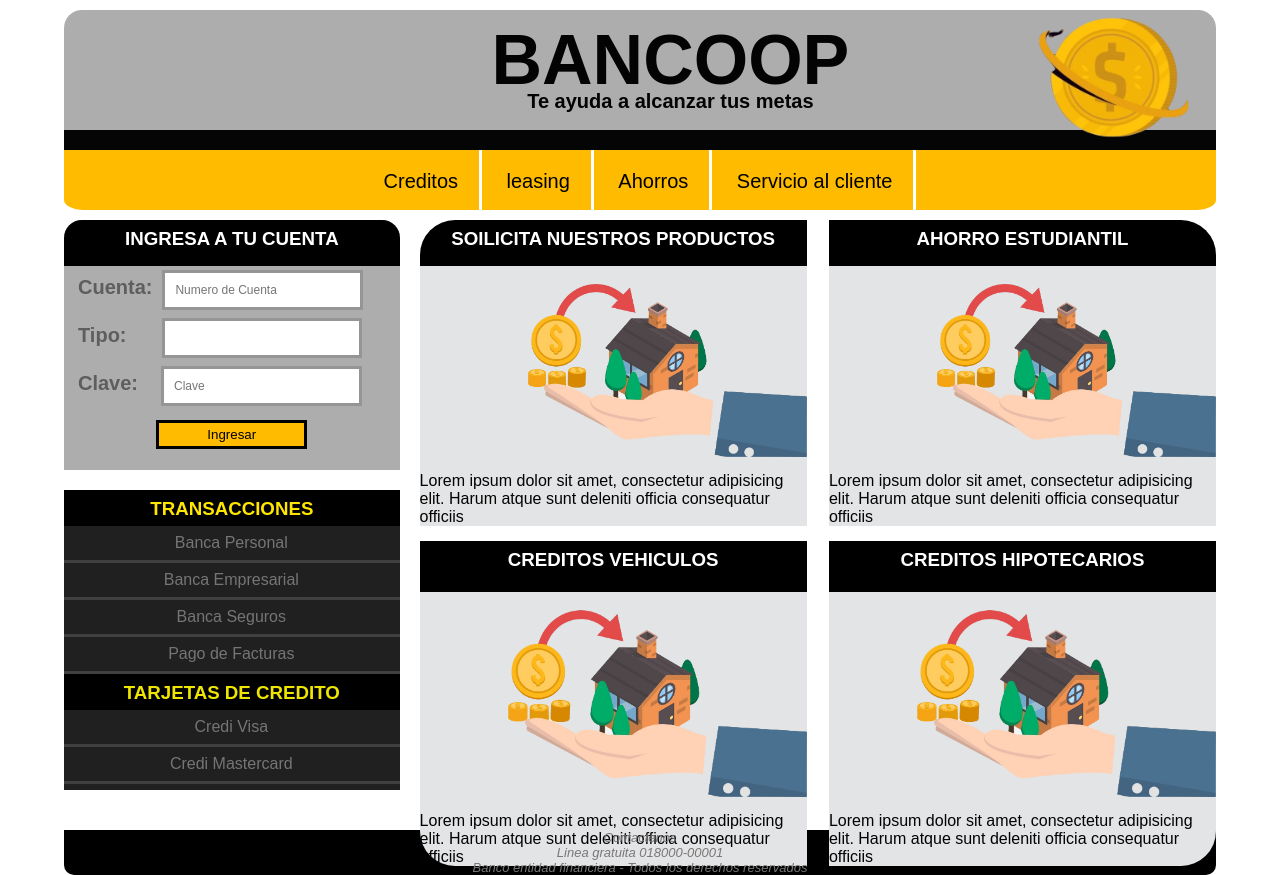
Repository: NickArregoces/BANCOOP
Page: Index.html
The author's editor kept a copy of each file at every save. The page is drawn from the files as they stood at one save, then again after the next save.
The browser window is 1280 px wide. The pictures show the whole page.

Above is the page before, as saved 2021-09-30 16:23:19.

After the next save:
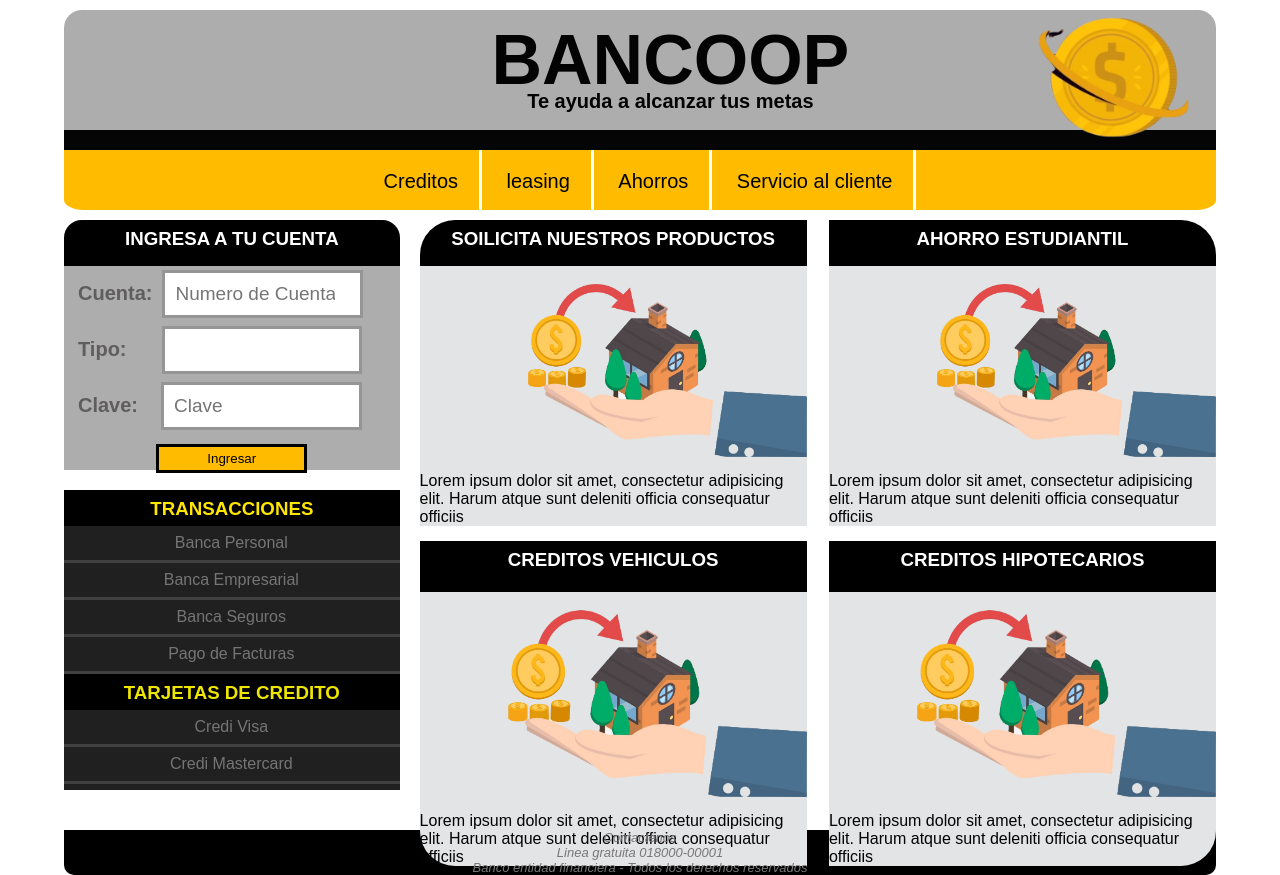
Saved 14 s later.
--- a/CSS/Style.css
+++ b/CSS/Style.css
@@ -103,7 +103,7 @@ div.navegador{
 
         }
         form input{
-            font-size: 12px;
+            font-size: 19px;
             width: 55%;
             padding: 10px;
             display: inline;
